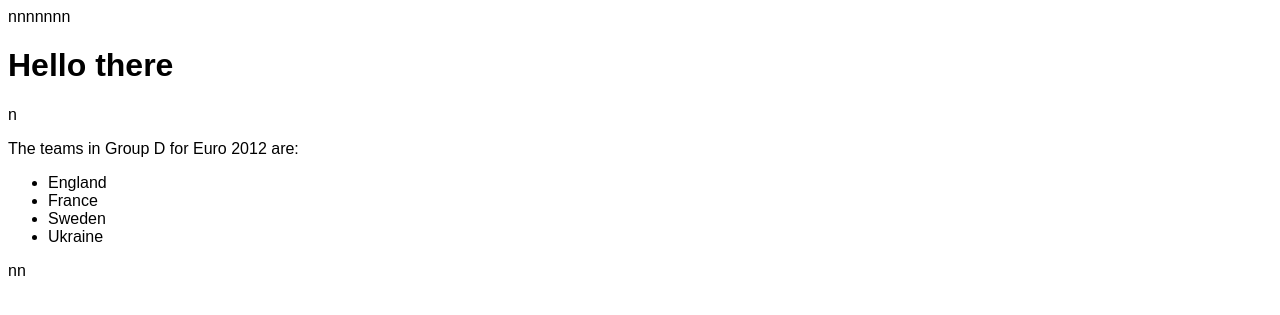
Repository: marjukahmad/nodejs
Page: http://localhost/
The author's editor kept a record of every edit. The page is drawn from the files as they stood at one moment, then again after the next edit.
The browser window is 1280 px wide. The pictures show the whole page.
The page is served by the project's Node server (server.js).

Above is the page before.

### router.js
var url = require('url');
var fs = require('fs');
exports.get = function(req, res) {
  req.requrl = url.parse(req.url, true);
  var path = req.requrl.pathname;
  if (/.(css)$/.test(path)) {
    res.writeHead(200, {
      'Content-Type': 'text/css'
    });
    fs.readFile(__dirname + path, 'utf8', function(err, data) {
      if (err) throw err;
      res.write(data, 'utf8');
      res.end();
    });
  } else {
    if (path === '/' || path === '/home') {
      require('./controllers/home').get(req, res);
    } else {
      require('./controllers/404').get(req, res);
    }
  }
};

### controllers/home.js
var template = require('../views/template-main');
var test_data = require('../model/test-data');
exports.get = function(req, res) {
  var teamlist = test_data.teamlist;
  var strTeam = "",
    i = 0;
  for (i = 0; i < teamlist.count;) {
    strTeam = strTeam + "<li>" + teamlist.teams[i].country + "</li>";
    i = i + 1;
  }
  strTeam = "<ul>" + strTeam + "</ul>";
  res.writeHead(200, {
    'Content-Type': 'text/html'
  });
  res.write(template.build("Test web page on node.js", "Hello there", "<p>The teams in Group " + teamlist.GroupName + " for Euro 2012 are:</p>" + strTeam));
  res.end();
};

### views/template-main.js
exports.build = function(title, pagetitle, content) {
  return ['<!doctype html>',
  '<html lang="en">nn<meta charset="utf-8">n<title>{title}</title>',
  '<link rel="stylesheet" href="/assets/style.css" />n',
  '<h1>{pagetitle}</h1>',
  '<div id="content">{content}</div>nn']
  .join('n')
  .replace(/{title}/g, title)
  .replace(/{pagetitle}/g, pagetitle)
  .replace(/{content}/g, content);
};

### model/test-data.js
var thelist = function() {
  var objJson = {
    "GroupName": "D",
    "count": 4,
    "teams": [{
      "country": "England"
    }, {
      "country": "France"
    }, {
      "country": "Sweden"
    }, {
      "country": "Ukraine"
    }]
  };
  return objJson;
};
exports.teamlist = thelist();

### server.js
var http_port = process.env.PORT;
var http_IP = process.env.IP;
var http = require('http');
var server = http.createServer(function(req, res) {
  require('./router').get(req, res);
}); // end server()
server.listen(http_port,http_IP);
//console.log('listening to http://' + http_IP + ':' + http_port);

server.listen(3000);

### assets/style.css
 * {font-family:arial, sans-serif;}

After the next edit:
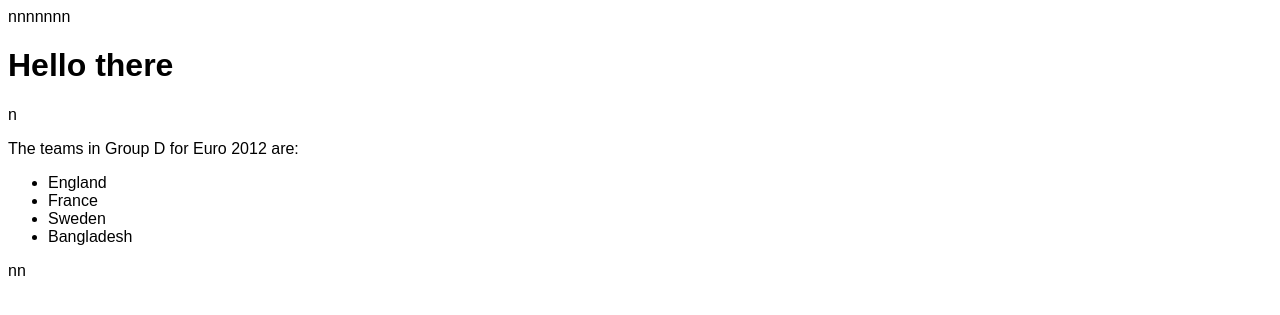
The edit:
--- a/model/test-data.js
+++ b/model/test-data.js
@@ -9,7 +9,7 @@
     }, {
       "country": "Sweden"
     }, {
-      "country": "Ukraine"
+      "country": "Bangladesh"
     }]
   };
   return objJson;
